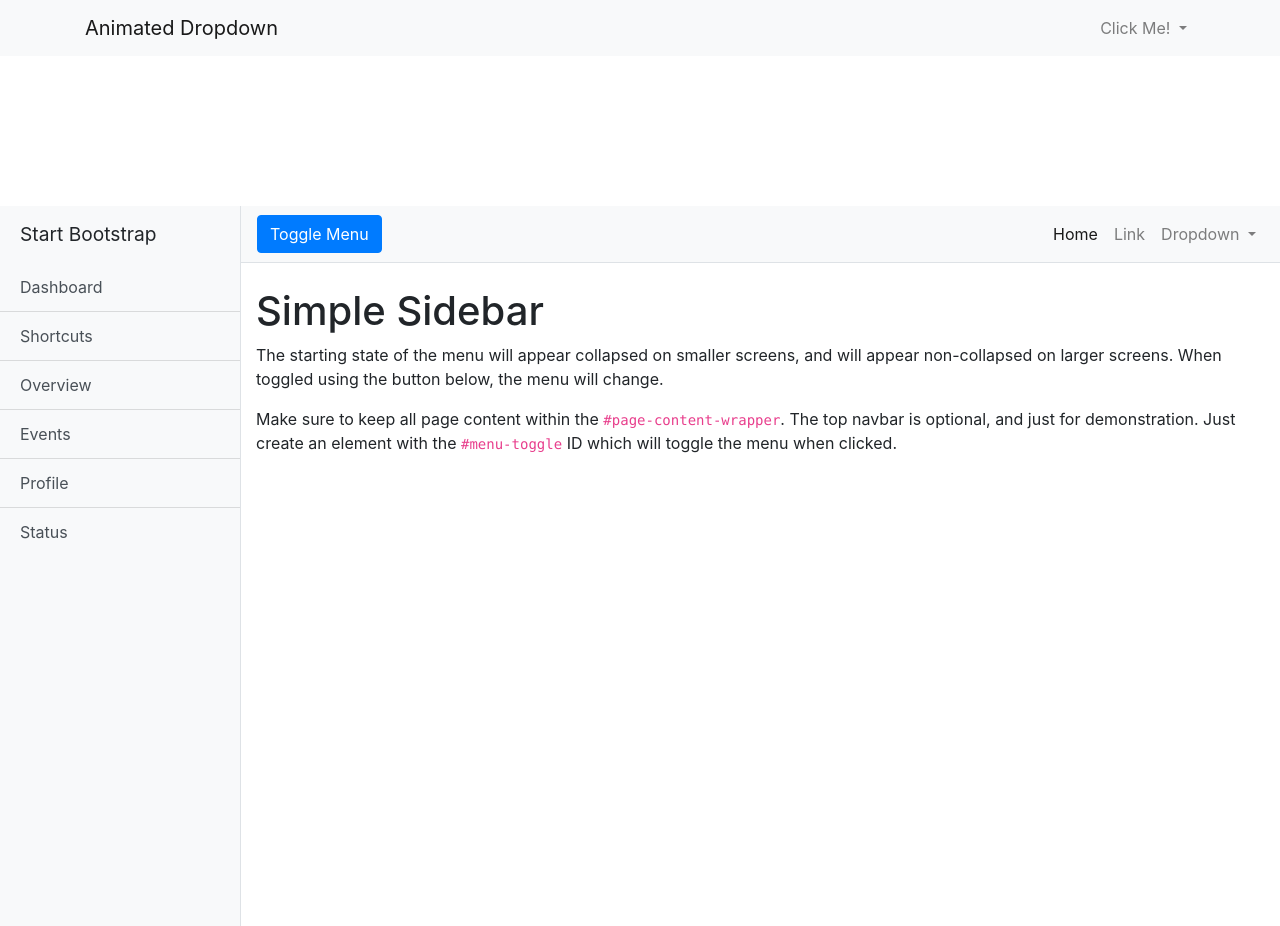
Repository: koposoftware/2020_12_jwpark
Page: spring-workspace/spring-project/src/main/webapp/index.html
The author's editor kept a copy of each file at every save. The page is drawn from the files as they stood at one save, then again after the next save.
The browser window is 1280 px wide. The pictures show the whole page.

Above is the page before, as saved 2020-08-24 09:49:24.

After the next save:
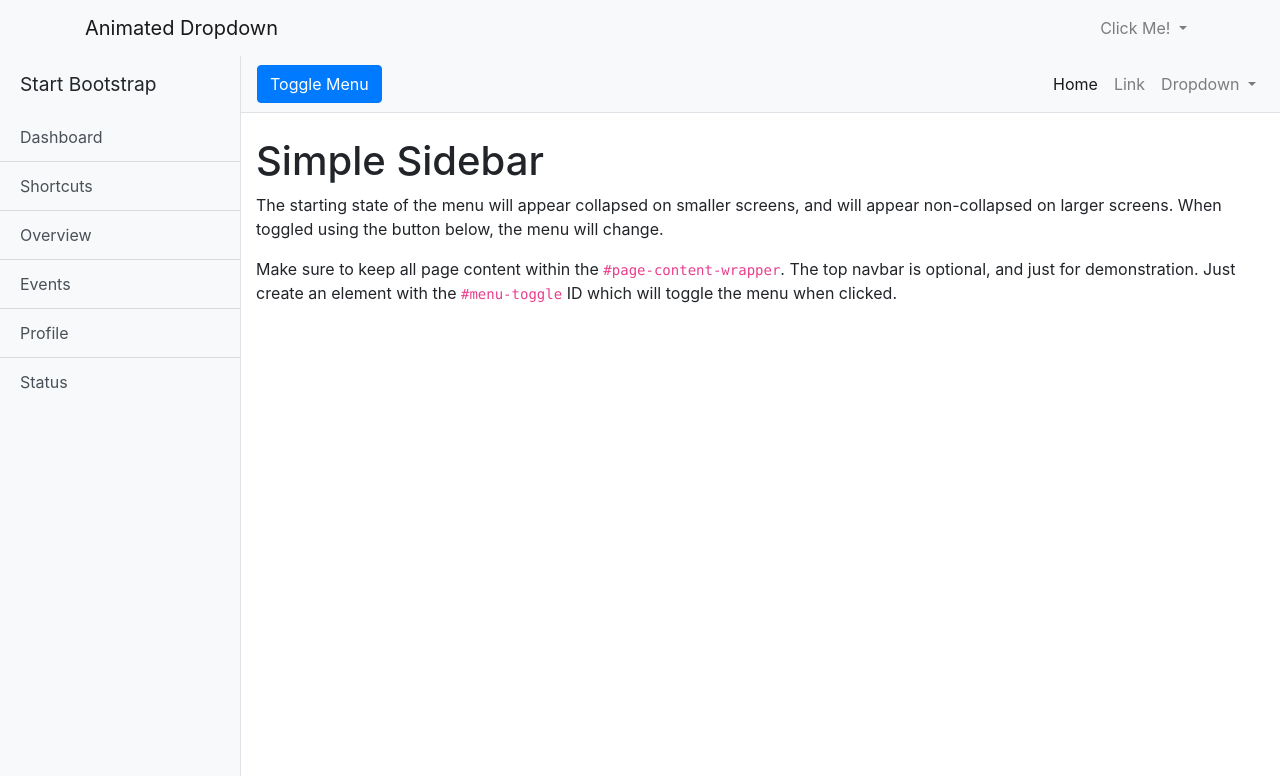
Saved 27 h 3 min later.
--- a/spring-workspace/spring-project/src/main/webapp/index.html
+++ b/spring-workspace/spring-project/src/main/webapp/index.html
@@ -43,16 +43,6 @@
       		</div>
 		</div>
 	</nav>
-	<div class="container text-center">
-		<h1 class="mt-5 text-white font-weight-light">Animated Bootstrap Navbar Dropdowns</h1>
-		<p class="lead text-white-50">An attractive yet subtle dropdown animation for dropdown menus loacated within a Bootstrap navbar</p>
-	</div>
-
-
-
-
-
-
 
 	<div class="d-flex" id="wrapper">
 		<!-- Sidebar -->
